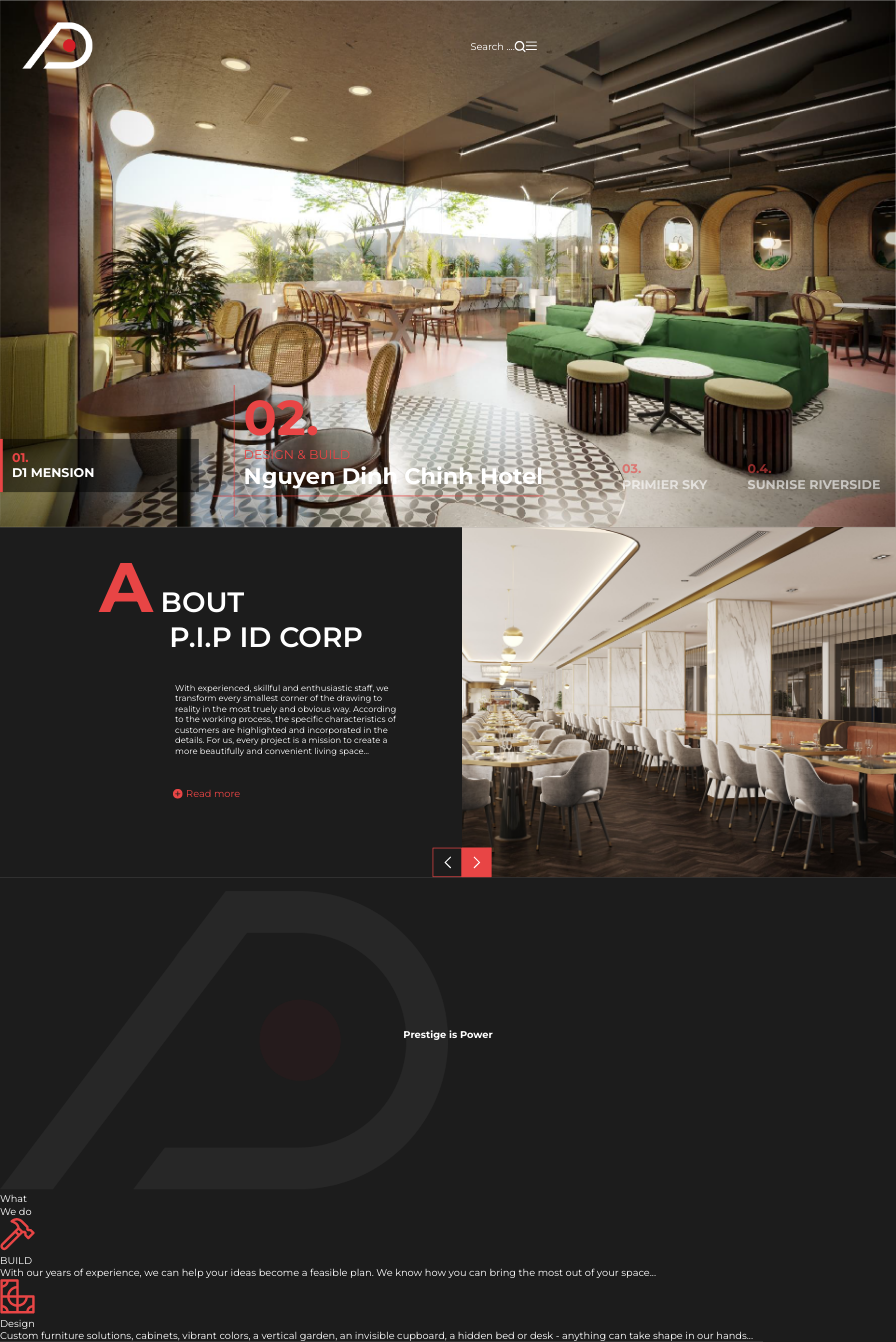
Repository: huudang2840/pipHomePage
Page: index.html
The author's editor kept a copy of each file at every save. The page is drawn from the files as they stood at one save, then again after a run of saves.
The browser window is 1280 px wide. The pictures show the whole page, at 70% of full size.

Above is the page before, as saved 2023-03-21 14:51:08.

After the next 2 saves:
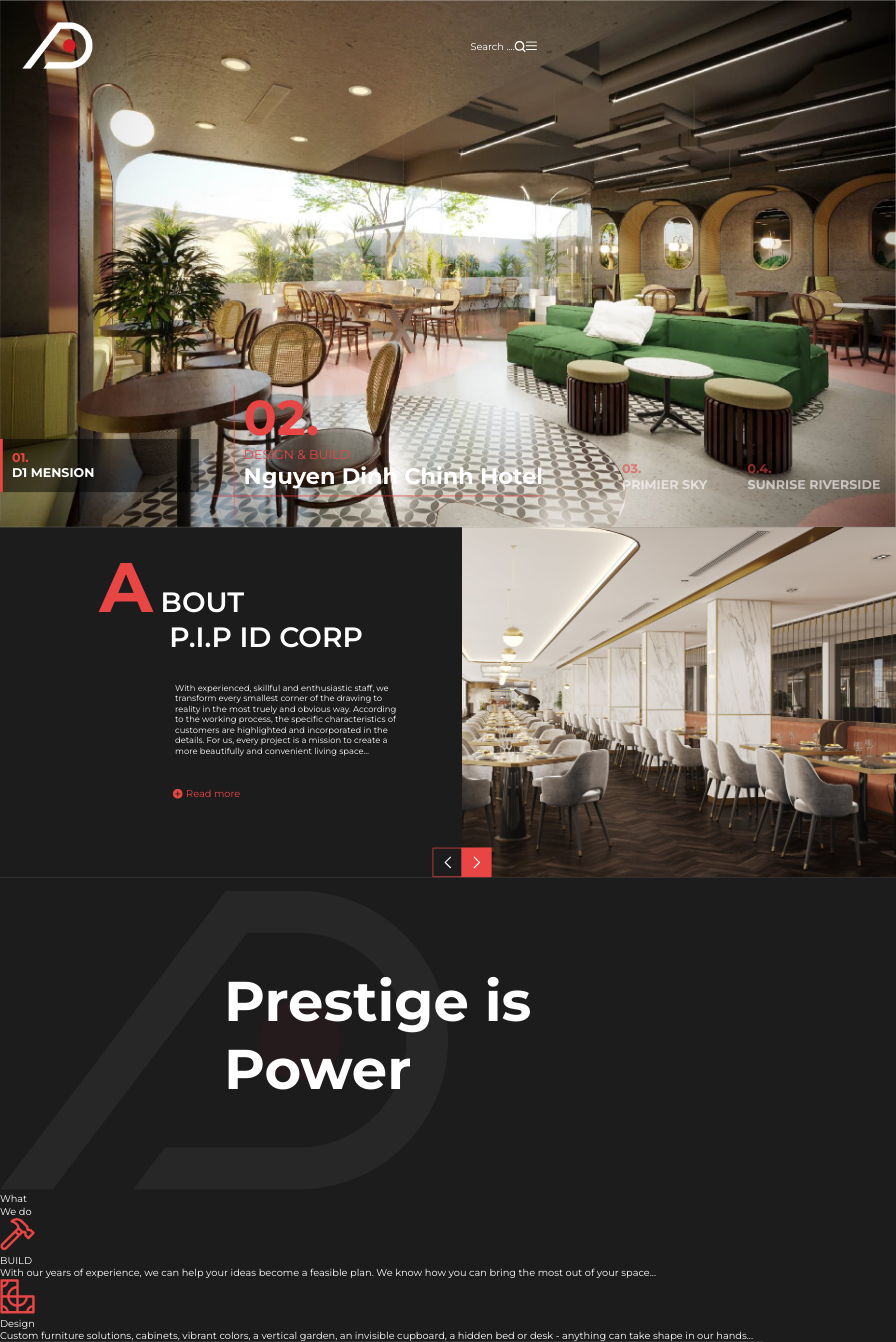
The 2 saves are shown as one change because they came seconds apart.
The last was saved 7 s later.
--- a/style/style.css
+++ b/style/style.css
@@ -250,7 +250,7 @@
   left: 50%;
   transform: translate(-50%, -50%);
   font-weight: 700;
-  font-style: 80px !important;
+  font-size: 80px;
 }
 
 .wedo__top__logo img {
